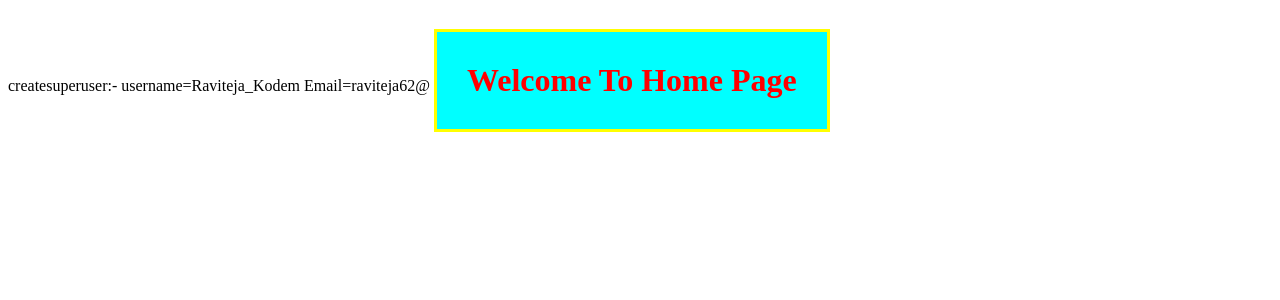
Repository: Raviteja6671/Django
Page: http://localhost/home/
An editor plug-in stored every save of this project. The page is shown before and after a run of saves, followed by the edit.
The browser window is 1280 px wide. The pictures show the whole page.
The page is served by the project's application, run on Django 5.2 (myProject/manage.py).

Above is the page before, as saved 2025-12-07 19:52:10.

After the next 2 saves:
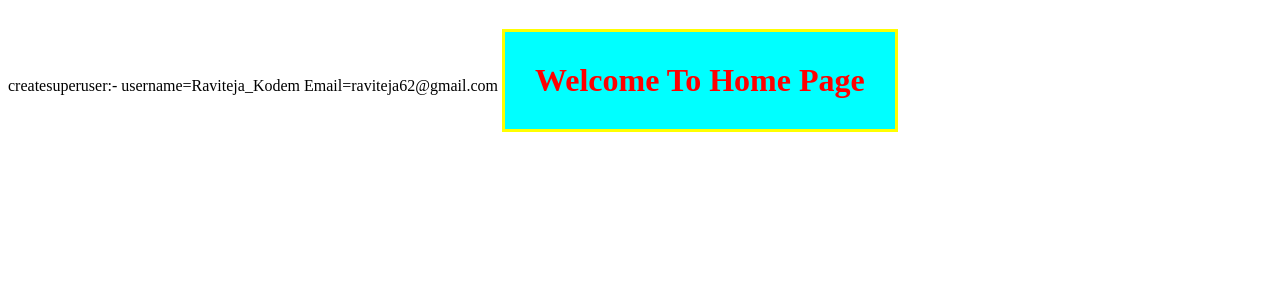
The 2 saves are shown as one change because they came seconds apart.
The last was saved 5 s later.
--- a/myProject/basic/templates/home.html
+++ b/myProject/basic/templates/home.html
@@ -15,7 +15,8 @@
     </style>
     createsuperuser:-
     username=Raviteja_Kodem
-    Email=raviteja62@
+    Email=raviteja62@gmail.com
+
 </head>
 <body>
     <h1>Welcome To Home Page</h1>
